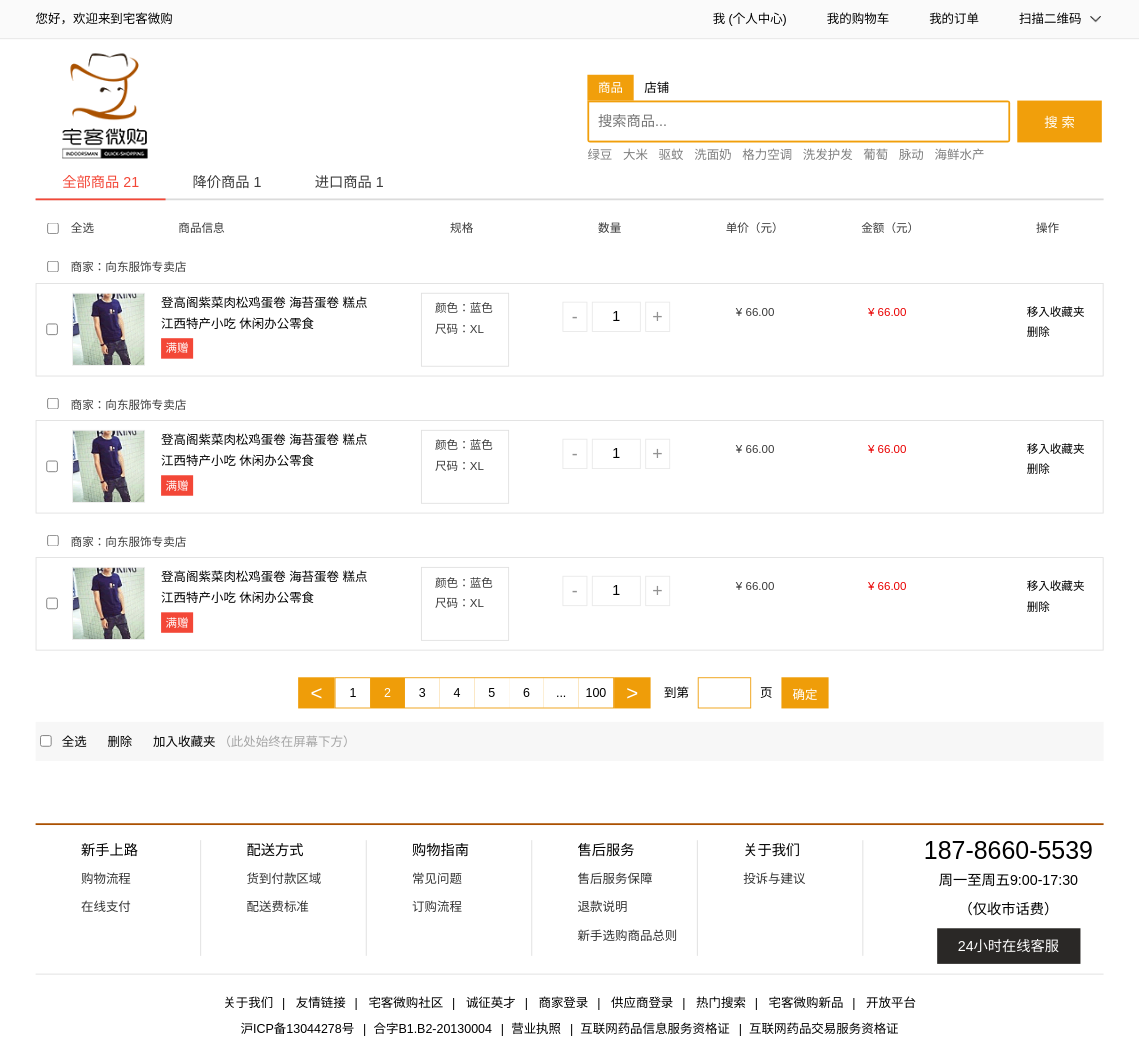
Repository: hucongting/MobliePhoneMall
Page: HelloMall/src/main/webapp/home/my_cart.html
An editor plug-in stored every save of this project. The page is shown before and after the next save, followed by the edit.
The browser window is 1280 px wide. The pictures show the whole page, at 89% of full size.

Above is the page before, as saved 2018-09-01 06:48:53.

### HelloMall/src/main/webapp/home/my_cart.html
<!DOCTYPE html PUBLIC "-//W3C//DTD XHTML 1.0 Transitional//EN" "http://www.w3.org/TR/xhtml1/DTD/xhtml1-transitional.dtd">
<html xmlns="http://www.w3.org/1999/xhtml">
<head>
<meta http-equiv="Content-Type" content="text/html; charset=utf-8" />
<title>购物车</title>
<link rel="stylesheet" type="text/css" href="css/style.css" />
<link rel="stylesheet" type="text/css" href="css/shopping-mall-index.css" />
<script type="text/javascript" src="js/jquery.js"></script>
<script type="text/javascript" src="js/zhonglin.js"></script>
</head>

<body style="position:relative;">

	<!--top 开始-->
    <div class="top">
    	<div class="top-con w1200">
        	<p class="t-con-l f-l">您好，欢迎来到宅客微购</p>
            <ul class="t-con-r f-r">
            	<li><a href="#">我 (个人中心)</a></li>
            	<li><a href="#">我的购物车</a></li>
            	<li><a href="#">我的订单</a></li>
            	<li class="erweima">
                	<a href="#">扫描二维码</a>
                    <div class="ewm-tu">
                    	<a href="#"><img src="images/erweima-tu.jpg" /></a>
                    </div>
                </li>
                <div style="clear:both;"></div>
            </ul>
            <div style="clear:both;"></div>
        </div>
    </div>

    <!--logo search 开始-->
    <div class="hd-info1 w1200">
    	<div class="logo f-l">
        	<h1><a href="#" title="中林网站"><img src="images/logo.jpg" /></a></h1>
        </div>
        <div class="search f-r">
        	<ul class="sp">
            	<li class="current" ss-search="sp"><a href="JavaScript:;">商品</a></li>
                <li ss-search="dp"><a href="JavaScript:;">店铺</a></li>
                <div style="clear:both;"></div>
            </ul>
            <div class="srh">
            	<div class="ipt f-l">
                	<input type="text" placeholder="搜索商品..." ss-search-show="sp" />
                    <input type="text" placeholder="搜索店铺..." ss-search-show="dp" style="display:none;" />
                </div>
                <button class="f-r">搜 索</button>
                <div style="clear:both;"></div>
            </div>
            <ul class="sp2">
                <li><a href="#">绿豆</a></li>
                <li><a href="#">大米</a></li>
                <li><a href="#">驱蚊</a></li>
                <li><a href="#">洗面奶</a></li>
                <li><a href="#">格力空调</a></li>
                <li><a href="#">洗发护发</a></li>
                <li><a href="#">葡萄 </a></li>
                <li><a href="#">脉动</a></li>
                <li><a href="#">海鲜水产</a></li>
                <div style="clear:both;"></div>
            </ul>
        </div>
        <div style="clear:both;"></div>
    </div>


    <!--内容开始-->
    <div class="cart-content w1200">
    	<ul class="cart-tit-nav">
        	<li class="current"><a href="#">全部商品   21</a></li>
        	<li><a href="#">降价商品   1</a></li>
        	<li><a href="#">进口商品   1</a></li>
            <div style="clear:both;"></div>
        </ul>
        <div class="cart-con-tit">
        	<p class="p1">
            	<input type="checkbox" value="" name="hobby"></input>
				<span>全选</span>
            </p>
            <p class="p2">商品信息</p>
            <p class="p3">规格</p>
            <p class="p4">数量</p>
            <p class="p5">单价（元）</p>
            <p class="p6">金额（元）</p>
            <p class="p7">操作</p>
        </div>
        <div class="cart-con-info">



        <div class="cart-con-info">
        	<div class="info-top">
            	<input type="checkbox" value="" name="hobby"></input>
				<span>商家：向东服饰专卖店</span>
            </div>
            <div class="info-mid">
            	<input type="checkbox" value="" name="hobby" class="mid-ipt f-l"></input>
                <div class="mid-tu f-l">
                	<a href="#"><img src="images/dai1.gif" /></a>
                </div>
                <div class="mid-font f-l">
                	<a href="#">登高阁紫菜肉松鸡蛋卷 海苔蛋卷 糕点<br />江西特产小吃 休闲办公零食</a>
                    <span>满赠</span>
                </div>
                <div class="mid-guige f-l">
                	<p>颜色：蓝色</p>
                    <p>尺码：XL</p>
                    <a href="JavaScript:;" class="xg" xg="xg3">修改</a>
                    <div class="guige-xiugai" xg-g="xg3">
                    	<div class="xg-left f-l">
                        	<dl>
                            	<dt>颜  色</dt>
                                <dd>
                                	<a href="JavaScript:;" class="current">黑色</a>
                                    <a href="JavaScript:;">白色</a>
                                </dd>
                                <div style="clear:both;"></div>
                            </dl>
                            <dl>
                            	<dt>尺  码</dt>
                                <dd>
                                	<a href="JavaScript:;" class="current">M</a>
                                    <a href="JavaScript:;">L</a>
                                    <a href="JavaScript:;">XL</a>
                                </dd>
                                <div style="clear:both;"></div>
                            </dl>
                            <a href="JavaScript:;" class="qd">确定</a>
                            <a href="JavaScript:;" class="qx" qx="xg3">取消</a>
                        </div>
                    	<div class="xg-right f-l">
                        	<a href="#"><img src="images/dai2.gif" /></a>
                        </div>
                        <div style="clear:both;"></div>
                    </div>
                </div>
                <div class="mid-sl f-l">
                	<a href="JavaScript:;" class="sl-left">-</a>
                    <input type="text" value="1" />
                    <a href="JavaScript:;" class="sl-right">+</a>
                </div>
                <p class="mid-dj f-l">¥ 66.00</p>
                <p class="mid-je f-l">¥ 66.00</p>
                <div class="mid-chaozuo f-l">
                	<a href="#">移入收藏夹</a>
                    <a href="#">删除</a>
                </div>
                <div style="clear:both;"></div>
            </div>
        </div>
        <div class="cart-con-info">
        	<div class="info-top">
            	<input type="checkbox" value="" name="hobby"></input>
				<span>商家：向东服饰专卖店</span>
            </div>
            <div class="info-mid">
            	<input type="checkbox" value="" name="hobby" class="mid-ipt f-l"></input>
                <div class="mid-tu f-l">
                	<a href="#"><img src="images/dai1.gif" /></a>
                </div>
                <div class="mid-font f-l">
                	<a href="#">登高阁紫菜肉松鸡蛋卷 海苔蛋卷 糕点<br />江西特产小吃 休闲办公零食</a>
                    <span>满赠</span>
                </div>
                <div class="mid-guige f-l">
                	<p>颜色：蓝色</p>
                    <p>尺码：XL</p>
                    <a href="JavaScript:;" class="xg" xg="xg4">修改</a>
                    <div class="guige-xiugai" xg-g="xg4">
                    	<div class="xg-left f-l">
                        	<dl>
                            	<dt>颜  色</dt>
                                <dd>
                                	<a href="JavaScript:;" class="current">黑色</a>
                                    <a href="JavaScript:;">白色</a>
                                </dd>
                                <div style="clear:both;"></div>
                            </dl>
                            <dl>
                            	<dt>尺  码</dt>
                                <dd>
                                	<a href="JavaScript:;" class="current">M</a>
                                    <a href="JavaScript:;">L</a>
                                    <a href="JavaScript:;">XL</a>
                                </dd>
                                <div style="clear:both;"></div>
                            </dl>
                            <a href="JavaScript:;" class="qd">确定</a>
                            <a href="JavaScript:;" class="qx" qx="xg4">取消</a>
                        </div>
                    	<div class="xg-right f-l">
                        	<a href="#"><img src="images/dai2.gif" /></a>
                        </div>
                        <div style="clear:both;"></div>
                    </div>
                </div>
                <div class="mid-sl f-l">
                	<a href="JavaScript:;" class="sl-left">-</a>
                    <input type="text" value="1" />
                    <a href="JavaScript:;" class="sl-right">+</a>
                </div>
                <p class="mid-dj f-l">¥ 66.00</p>
                <p class="mid-je f-l">¥ 66.00</p>
                <div class="mid-chaozuo f-l">
                	<a href="#">移入收藏夹</a>
                    <a href="#">删除</a>
                </div>
                <div style="clear:both;"></div>
            </div>
        </div>
        <div class="cart-con-info">
        	<div class="info-top">
            	<input type="checkbox" value="" name="hobby"></input>
				<span>商家：向东服饰专卖店</span>
            </div>
            <div class="info-mid">
            	<input type="checkbox" value="" name="hobby" class="mid-ipt f-l"></input>
                <div class="mid-tu f-l">
                	<a href="#"><img src="images/dai1.gif" /></a>
                </div>
                <div class="mid-font f-l">
                	<a href="#">登高阁紫菜肉松鸡蛋卷 海苔蛋卷 糕点<br />江西特产小吃 休闲办公零食</a>
                    <span>满赠</span>
                </div>
                <div class="mid-guige f-l">
                	<p>颜色：蓝色</p>
                    <p>尺码：XL</p>
                    <a href="JavaScript:;" class="xg" xg="xg5">修改</a>
                    <div class="guige-xiugai" xg-g="xg5">
                    	<div class="xg-left f-l">
                        	<dl>
                            	<dt>颜  色</dt>
                                <dd>
                                	<a href="JavaScript:;" class="current">黑色</a>
                                    <a href="JavaScript:;">白色</a>
                                </dd>
                                <div style="clear:both;"></div>
                            </dl>
                            <dl>
                            	<dt>尺  码</dt>
                                <dd>
                                	<a href="JavaScript:;" class="current">M</a>
                                    <a href="JavaScript:;">L</a>
                                    <a href="JavaScript:;">XL</a>
                                </dd>
                                <div style="clear:both;"></div>
                            </dl>
                            <a href="JavaScript:;" class="qd">确定</a>
                            <a href="JavaScript:;" class="qx" qx="xg5">取消</a>
                        </div>
                    	<div class="xg-right f-l">
                        	<a href="#"><img src="images/dai2.gif" /></a>
                        </div>
                        <div style="clear:both;"></div>
                    </div>
                </div>
                <div class="mid-sl f-l">
                	<a href="JavaScript:;" class="sl-left">-</a>
                    <input type="text" value="1" />
                    <a href="JavaScript:;" class="sl-right">+</a>
                </div>
                <p class="mid-dj f-l">¥ 66.00</p>
                <p class="mid-je f-l">¥ 66.00</p>
                <div class="mid-chaozuo f-l">
                	<a href="#">移入收藏夹</a>
                    <a href="#">删除</a>
                </div>
                <div style="clear:both;"></div>
            </div>
        </div>
        <!--分页-->
        <div class="paging">
            	<div class="pag-left f-l">
                	<a href="#" class="about left-r f-l"><</a>
                    <ul class="left-m f-l">
                    	<li><a href="#">1</a></li>
                        <li class="current"><a href="#">2</a></li>
                        <li><a href="#">3</a></li>
                        <li><a href="#">4</a></li>
                        <li><a href="#">5</a></li>
                        <li><a href="#">6</a></li>
                        <li><a href="#">...</a></li>
                        <li><a href="#">100</a></li>
                        <div style="clear:both;"></div>
                    </ul>
                	<a href="#" class="about left-l f-l">></a>
                    <div style="clear:both;"></div>
                </div>
            	<div class="pag-right f-l">
                	<div class="jump-page f-l">
                        到第<input type="text" />页
                    </div>
                    <button class="f-l">确定</button>
                    <div style="clear:both;"></div>
                </div>
                <div style="clear:both;"></div>
            </div>
       	<div class="cart-con-footer">
        	<input type="checkbox" value="" name="hobby"></input>
			<span>全选</span>
            <a href="#">删除</a>
            <a href="#">加入收藏夹</a>
            <p>（此处始终在屏幕下方）</p>
        </div>
    </div>

    <!--底部服务-->
    <div class="ft-service">
    	<div class="w1200">
        	<div class="sv-con-l2 f-l">
            	<dl>
                	<dt><a href="#">新手上路</a></dt>
                    <dd>
                    	<a href="#">购物流程</a>
                    	<a href="#">在线支付</a>
                    </dd>
                </dl>
                <dl>
                	<dt><a href="#">配送方式</a></dt>
                    <dd>
                    	<a href="#">货到付款区域</a>
                    	<a href="#">配送费标准</a>
                    </dd>
                </dl>
                <dl>
                	<dt><a href="#">购物指南</a></dt>
                    <dd>
                    	<a href="#">常见问题</a>
                    	<a href="#">订购流程</a>
                    </dd>
                </dl>
                <dl>
                	<dt><a href="#">售后服务</a></dt>
                    <dd>
                    	<a href="#">售后服务保障</a>
                    	<a href="#">退款说明</a>
                    	<a href="#">新手选购商品总则</a>
                    </dd>
                </dl>
                <dl>
                	<dt><a href="#">关于我们</a></dt>
                    <dd>
                    	<a href="#">投诉与建议</a>
                    </dd>
                </dl>
                <div style="clear:both;"></div>
            </div>
        	<div class="sv-con-r2 f-r">
            	<p class="sv-r-tle">187-8660-5539</p>
            	<p>周一至周五9:00-17:30</p>
            	<p>（仅收市话费）</p>
            	<a href="#" class="zxkf">24小时在线客服</a>
            </div>
            <div style="clear:both;"></div>
        </div>
    </div>

    <!--底部 版权-->
    <div class="footer w1200">
    	<p>
        	<a href="#">关于我们</a><span>|</span>
        	<a href="#">友情链接</a><span>|</span>
        	<a href="#">宅客微购社区</a><span>|</span>
        	<a href="#">诚征英才</a><span>|</span>
        	<a href="#">商家登录</a><span>|</span>
        	<a href="#">供应商登录</a><span>|</span>
        	<a href="#">热门搜索</a><span>|</span>
        	<a href="#">宅客微购新品</a><span>|</span>
        	<a href="#">开放平台</a>
        </p>
        <p>
        	沪ICP备13044278号<span>|</span>合字B1.B2-20130004<span>|</span>营业执照<span>|</span>互联网药品信息服务资格证<span>|</span>互联网药品交易服务资格证
        </p>
    </div>
</body>
</html>

Loaded but not shown: HelloMall/src/main/webapp/home/js/jquery.js (library); HelloMall/src/main/webapp/home/js/zhonglin.js (361 lines, source omitted); HelloMall/src/main/webapp/home/css/shopping-mall-index.css (1188 lines, source omitted); HelloMall/src/main/webapp/home/css/style.css (194 lines, source omitted)

After the next save:
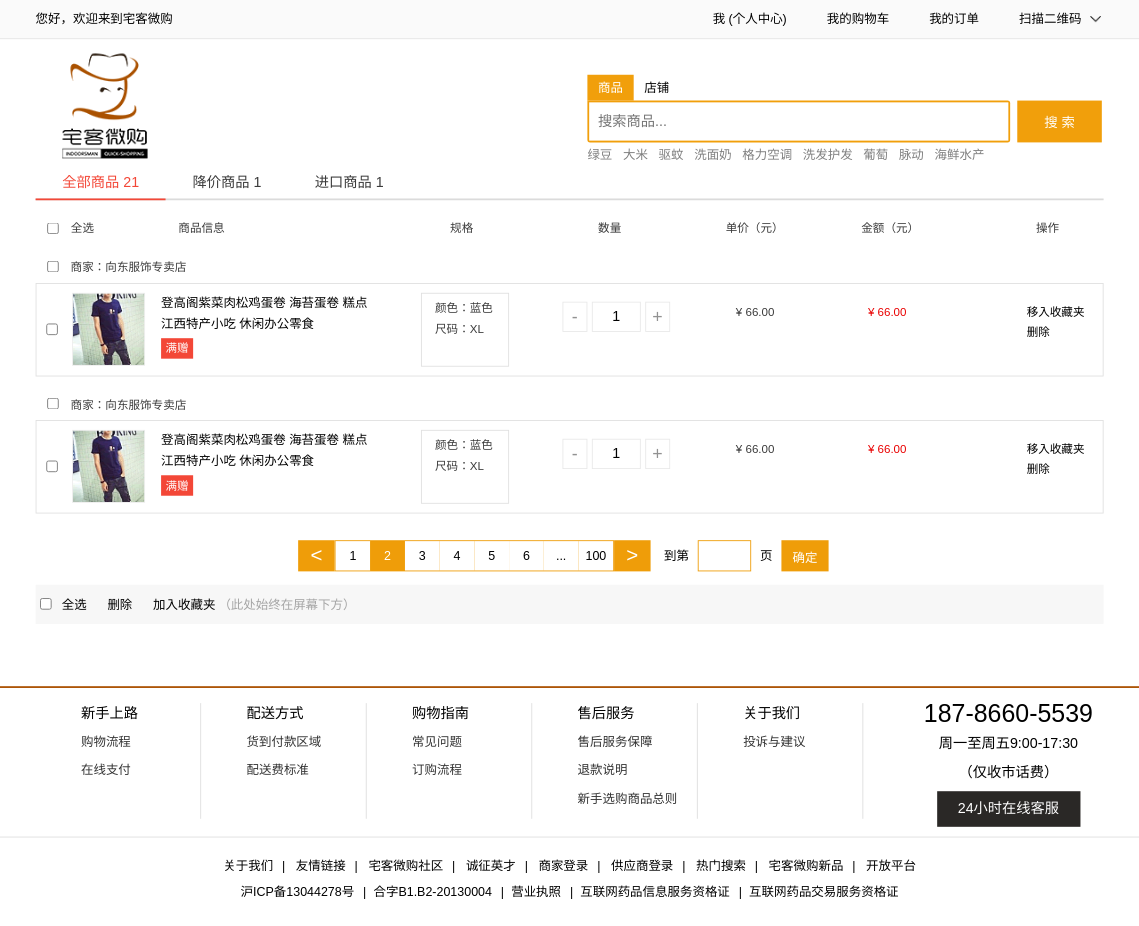
Saved 17 s later.
--- a/HelloMall/src/main/webapp/home/my_cart.html
+++ b/HelloMall/src/main/webapp/home/my_cart.html
@@ -87,70 +87,7 @@
             <p class="p6">金额（元）</p>
             <p class="p7">操作</p>
         </div>
-        <div class="cart-con-info">
-
-
-
-        <div class="cart-con-info">
-        	<div class="info-top">
-            	<input type="checkbox" value="" name="hobby"></input>
-				<span>商家：向东服饰专卖店</span>
-            </div>
-            <div class="info-mid">
-            	<input type="checkbox" value="" name="hobby" class="mid-ipt f-l"></input>
-                <div class="mid-tu f-l">
-                	<a href="#"><img src="images/dai1.gif" /></a>
-                </div>
-                <div class="mid-font f-l">
-                	<a href="#">登高阁紫菜肉松鸡蛋卷 海苔蛋卷 糕点<br />江西特产小吃 休闲办公零食</a>
-                    <span>满赠</span>
-                </div>
-                <div class="mid-guige f-l">
-                	<p>颜色：蓝色</p>
-                    <p>尺码：XL</p>
-                    <a href="JavaScript:;" class="xg" xg="xg3">修改</a>
-                    <div class="guige-xiugai" xg-g="xg3">
-                    	<div class="xg-left f-l">
-                        	<dl>
-                            	<dt>颜  色</dt>
-                                <dd>
-                                	<a href="JavaScript:;" class="current">黑色</a>
-                                    <a href="JavaScript:;">白色</a>
-                                </dd>
-                                <div style="clear:both;"></div>
-                            </dl>
-                            <dl>
-                            	<dt>尺  码</dt>
-                                <dd>
-                                	<a href="JavaScript:;" class="current">M</a>
-                                    <a href="JavaScript:;">L</a>
-                                    <a href="JavaScript:;">XL</a>
-                                </dd>
-                                <div style="clear:both;"></div>
-                            </dl>
-                            <a href="JavaScript:;" class="qd">确定</a>
-                            <a href="JavaScript:;" class="qx" qx="xg3">取消</a>
-                        </div>
-                    	<div class="xg-right f-l">
-                        	<a href="#"><img src="images/dai2.gif" /></a>
-                        </div>
-                        <div style="clear:both;"></div>
-                    </div>
-                </div>
-                <div class="mid-sl f-l">
-                	<a href="JavaScript:;" class="sl-left">-</a>
-                    <input type="text" value="1" />
-                    <a href="JavaScript:;" class="sl-right">+</a>
-                </div>
-                <p class="mid-dj f-l">¥ 66.00</p>
-                <p class="mid-je f-l">¥ 66.00</p>
-                <div class="mid-chaozuo f-l">
-                	<a href="#">移入收藏夹</a>
-                    <a href="#">删除</a>
-                </div>
-                <div style="clear:both;"></div>
-            </div>
-        </div>
+
         <div class="cart-con-info">
         	<div class="info-top">
             	<input type="checkbox" value="" name="hobby"></input>
